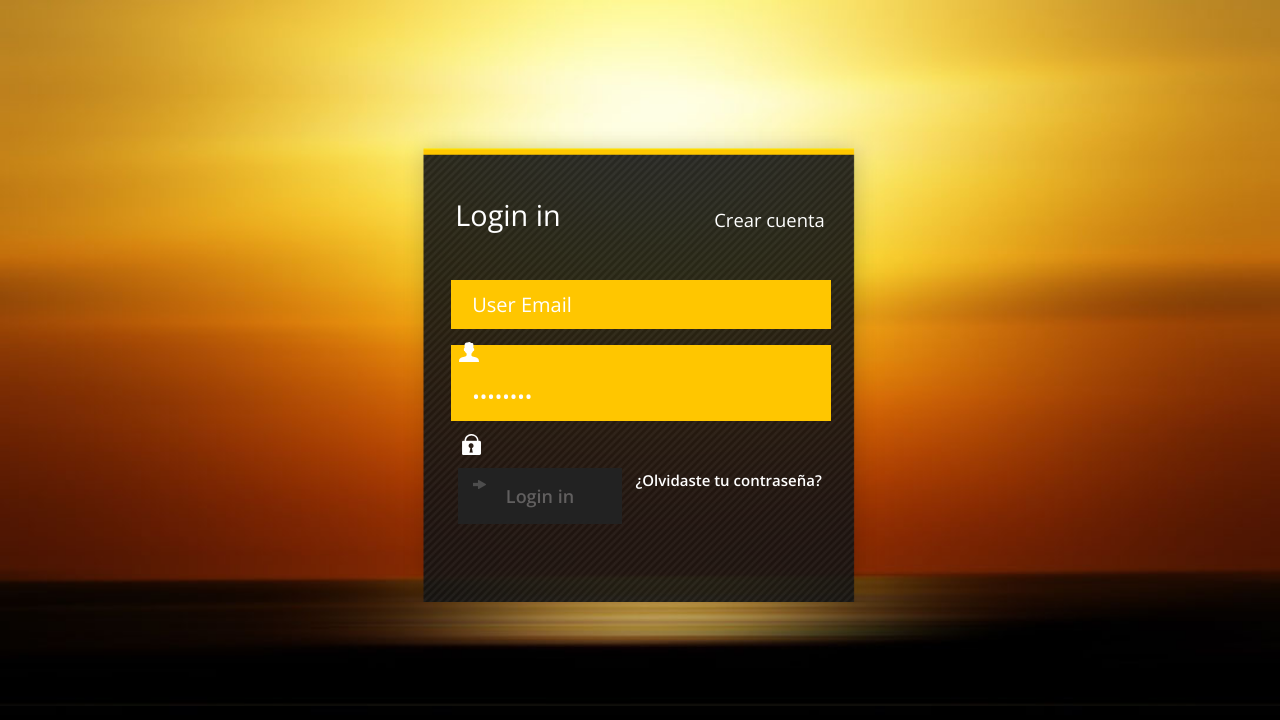
Repository: Mariangeles94/practica_gestion_usuarios
Page: http://localhost/Gestion/usuario/index.php
The author's editor kept a record of every edit. The page is drawn from the files as they stood at one moment, then again after the next edit.
The browser window is 1280 px wide. The pictures show the whole page.
The page is run by PHP 8.4 with error messages shown; the project is at /var/www/html/.

Above is the page before.

### usuario/index.php
<?php
require '../clases/AutoCarga.php';
$sesion = new Session();
$user = $sesion->get("email");
$mensaje = Request::get("mensaje");
echo $mensaje;
?>
<!DOCTYPE html>
<html>

<head>
		<title></title>
		<meta charset="utf-8">
        <link href="../css/style.css" rel='stylesheet' type='text/css' />
		<meta name="viewport" content="width=device-width, initial-scale=1">
		<script type="application/x-javascript"> addEventListener("load", function() { setTimeout(hideURLbar, 0); }, false); function hideURLbar(){ window.scrollTo(0,1); } </script>
		<!--webfonts-->
		<link href='//fonts.googleapis.com/css?family=Open+Sans:600italic,400,300,600,700' rel='stylesheet' type='text/css'>
		<!--//webfonts-->
</head>
<body>
	 <!-----start-main---->
				<div class="login-form">
					<h1>Login in</h1>
					<h2><a href="phpaltausuario.php">Crear cuenta</a></h2>

               	    <form method="POST" action="../registro/phpregistro.php">
               	    	<h3 class="mensaje"><?php echo $mensaje ?> </h3>
						<li>
							<input type="text" class="text" name="email" value="User Email" onfocus="this.value = '';" onblur="if (this.value == '') {this.value = 'User Name';}" ><a href="#" class=" icon user"></a>
						</li>
						<li>
							<input type="password" name="clave" value="Password" onfocus="this.value = '';" onblur="if (this.value == '') {this.value = 'Password';}"><a href="#" class=" icon lock"></a>
						</li>
						 <div class ="forgot">
							<h3><a href="recuperarclave.php">¿Olvidaste tu contraseña?</a></h3>
							<input type="submit" name="enviar" onclick="myFunction()" value="Login in" > <a href="#" class=" icon arrow"></a>                                                                                                                                                                                                                                 </h4>
						</div>
				</form>
			</div>
			<!--//End-login-form-->



</body>
</html>

### clases/AutoCarga.php
<?php

class AutoCarga {
    static function cargar($clase){
        $clase = str_replace("\\", "/", $clase);
        $archivo = "../clases/" .$clase . ".php";
         if (file_exists($archivo)) {
              require $archivo;
         }else{
             $archivo = "clases/" .$clase . ".php";
             require $archivo;
         }
   }
}
spl_autoload_register('AutoCarga::cargar'); // Tiene que estar fuera de la clase

### clases/Session.php
<?php

class Session {

    private static $iniciada = false;

    function __construct($nombre = null) {
        if (!self::$iniciada){
            if($nombre!=null){
                session_name($nombre);
            }
            session_start();
          //  $this->_control();
        }
        self::$iniciada = true;
    }

    private function _control() {
        $ip = $this->get('_ip');
        $cliente = $this->get('_cliente');
        if ($ip == null && $cliente == null) {
            $this->set('_ip', Server::getClientAddress());
            $this->set('_cliente', Server::getUserAgent());
        } else {
            if ($ip != Server::getClientAddress() || $cliente != Server::getUserAgent()) {
                $this->destroy();
            }
        }
    }

    function isLogged(){
        return $this->getUser()!=null;
    }

    function get($nombre) {
        if (isset($_SESSION[$nombre])) {
            return $_SESSION[$nombre];
        }
        return null;
    }

    function getUser(){
        return $this->get("_usuario");
    }

    function set($nombre, $valor) {
        $_SESSION[$nombre] = $valor;
    }

    function setUser(Usuario $usuario){
        $this->set("_usuario", $usuario);
    }

    function delete($nombre) {
        if (isset($_SESSION[$nombre])) {
            unset($_SESSION[$nombre]);
        }
    }

    function destroy() {
        session_destroy();
    }

    //El segundo parametro nos manda al sitio y hacemos un exit
    function sendRedirect($destino = "index.php", $final = true){
        header("Location: $destino");
        if($final ===true){
            exit();
        }
    }

}

### clases/Request.php
<?php

class Request {

    //filtra y limpia valores <script>...</script>
    private static function clean($valor, $filtrar) {
        //Limpiamos
        if ($filtrar === true) {
            $valor = htmlspecialchars($valor);
        }
        return trim($valor);
    }

    static function get($nombre, $filtrar = true, $indice = null) {
        if (isset($_GET[$nombre])) {
            return self::read($_GET[$nombre], $filtrar, $indice);
        }
        return null;
    }

    static function post($nombre, $filtrar = true, $indice = null) {
        if (isset($_POST[$nombre])) {
            return self::read($_POST[$nombre], $filtrar, $indice);
        }
        return null;
    }

    static function req($nombre, $indice = null) {
        $valor = self::post($nombre, $indice);
        if ($valor !== null) {
            return $valor;
        }
        return self::get($nombre, $indice);
    }

    /* ---------- Otra forma -------------

      static function req($nombre) {
      if (Server::isPost()) {
      if (self::post($nombre) != null) {
      return self::post($nombre);
      } else {
      return self::get($nombre);
      }
      }
      return self::get($nombre);
      }
     */

    //$_GET['nombre'] || $_POST['nombre']
    private static function read($parametro, $filtrar = true, $indice = null) {
        if (is_array($parametro)) {
            if ($indice === null) {
                $array = array();
                foreach ($parametro as $value) {
                    $r = self::clean($value, $filtrar);
                    if ($r === "") {
                        $r = null;
                    }
                    $array[] = $r;
                }
                return $array;
            } else {
                if (isset($parametro[$indice])) {
                    $r = self::clean($parametro[$indice], $filtrar);
                    if ($r === "") {
                        $r = null;
                    }
                    return $r;
                }
            }
        } else {
            $r = self::clean($parametro, $filtrar);
            if ($r === "") {
                $r = null;
            }
            return $r;
        }
    }

    static function elements($nombre) {

    }

}

### css/style.css
/*--
Author: W3layouts
Author URL: http://w3layouts.com
License: Creative Commons Attribution 3.0 Unported
License URL: http://creativecommons.org/licenses/by/3.0/
--*/
/* reset */
html,body,div,span,applet,object,iframe,h1,h2,h3,h4,h5,h6,p,blockquote,pre,a,abbr,acronym,address,big,cite,code,del,dfn,em,img,ins,kbd,q,s,samp,small,strike,strong,sub,sup,tt,var,b,u,i,dl,dt,dd,ol,nav ul,nav li,fieldset,form,label,legend,table,caption,tbody,tfoot,thead,tr,th,td,article,aside,canvas,details,embed,figure,figcaption,footer,header,hgroup,menu,nav,output,ruby,section,summary,time,mark,audio,video{margin:0;padding:0;border:0;font-size:100%;font:inherit;vertical-align:baseline;}
article, aside, details, figcaption, figure,footer, header, hgroup, menu, nav, section {display: block;}
ol,ul{list-style:none;margin:0px;padding:0px;}
blockquote,q{quotes:none;}
blockquote:before,blockquote:after,q:before,q:after{content:'';content:none;}
table{border-collapse:collapse;border-spacing:0;}
/* start editing from here */
a{text-decoration:none;}
.txt-rt{text-align:right;}/* text align right */
.txt-lt{text-align:left;}/* text align left */
.txt-center{text-align:center;}/* text align center */
.float-rt{float:right;}/* float right */
.float-lt{float:left;}/* float left */
.clear{clear:both;}/* clear float */
.pos-relative{position:relative;}/* Position Relative */
.pos-absolute{position:absolute;}/* Position Absolute */
.vertical-base{	vertical-align:baseline;}/* vertical align baseline */
.vertical-top{	vertical-align:top;}/* vertical align top */
nav.vertical ul li{	display:block;}/* vertical menu */
nav.horizontal ul li{	display: inline-block;}/* horizontal menu */
img{max-width:100%;}
/*end reset*/
.mensaje{
	color:red;
}
/****-----start-body----****/
body{
	background:url(../images/bg.jpg)  no-repeat center fixed;
	-webkit-background-size: cover;
	-moz-background-size: cover;
	-o-background-size: cover;
 	background-size: cover;
 	position:relative;
 	font-family: 'Open Sans', sans-serif;

}
.login-form {
	background: url(../images/bgf.png) no-repeat 100% 0%;
	background-size: 100%;
	width:37%;
	margin:10% auto 4% auto;
 	position: relative;
}
.login-form h1{
	text-align:left;
	color: #fff;
	font-size:1.8em;
	font-weight:500;
	font-family: 'Open Sans', sans-serif;
	position:absolute;
	top:7%;
	left:11%;
	margin:34px 0;
}
.login-form h2 a{
	text-align:right;
	color: #fff;
	font-size:1.15em;
	font-weight:500;
	font-family: 'Open Sans', sans-serif;
	position:absolute;
	top:9.5%;
	right:11%;
	margin:34px 0;
}
form {
	padding:32% 3em;
}
form li{
	border:1px solid #FFC600;
	list-style:none;
	margin-bottom:16px;
	width:100%;
	background: #FFC600;

}

.icon{
	background:url(../images/icons.png)  no-repeat 0px 0px;
	height:40px;
	width:40px;
	display: block;
	float:left;
	margin:5px -11px 0px 0px
}

.user{
	background: url(../images/icons.png) no-repeat 7px 1px;

}
.lock{
	background: url(../images/icons.png) no-repeat -31px 2px;
}
.arrow{
	background: url(../images/icons.png) no-repeat -62px 11px;
	position: absolute;
}
input[type="text"], input[type="password"] {
	    font-family: 'Open Sans', sans-serif;
    width: 82%;
    padding: 0.5em 1em 0.5em 1em;
    color: #fff;
    font-size: 20px;
    outline: none;
    background: none;
    border: none;
}

input[type="submit"]{
	float:left;
	font-size:18px;
	display: inline-block;
	font-weight:600;
	color: #615F5F;
	transition: 0.1s all;
	-webkit-transition: 0.1s all;
	-moz-transition: 0.1s all;
	-o-transition: 0.1s all;
	cursor: pointer;
	outline: none;
	padding:15px 10px;
	margin-top:3px;
	font-family: 'Open Sans', sans-serif;
	background: #222;
	width:45%;
	border:1px solid #222;
}
input[type="submit"]:hover{
	background: #FFC600;
	border:1px solid #FFC600;
}
.forgot{
	margin:30px 7px;
}
.forgot h3 a{
	color:#fff;
	font-size:15px;
	font-family: 'Open Sans', sans-serif;
	float:right;
	font-weight:600;
	margin-top:19px;
}
.forgot h3 a:hover{
	color:#FFC600;
}
/****************/
.copy-right {
	text-align:center;
}
.copy-right p {
	color: #fff;
	font-size: 1em;
	font-family: 'Open Sans', sans-serif;
	font-weight: 600;
}
.copy-right p a {
	font-family: 'Open Sans', sans-serif;
	font-size: 1em;
	color:#EAC131;
	-webkit-transition: all 0.3s ease-out;
	-moz-transition: all 0.3s ease-out;
	-ms-transition: all 0.3s ease-out;
	-o-transition: all 0.3s ease-out;
	transition: all 0.3s ease-out;
}
.copy-right p a:hover {
	color:#fff;
}
/*-----start-responsive-design------*/
@media (max-width:1024px){
.login-form  {
		margin:8% auto 0;
		width:45%;
	}
	.copy-right {
	left: 41%;
	bottom:-18%;
	}
}
@media (max-width:768px){
	.login-form  {
		margin:12% auto 0;
		width:57%;
	}
	.copy-right {
	left:38%;
	bottom:-14%;
	}
}
@media (max-width:640px){
	.login-form  {
		margin:13% auto 0;
		width:70%;
	}
	.copy-right {
	left:36%;
	bottom:-18%;
	}
}
@media (max-width:480px){
	.login-form  {
		margin:20% auto 0;
		width:90%;
	}
	.copy-right {
	left:30%;
	bottom:-17%;
	}

}
@media (max-width:320px){
	.login-form  {
		margin:20% auto 0;
		width:100%;
	}
	.icon{
		margin:2px -11px 0px 0px;
	}
	form{
		padding:38% 2.5em;
	}
	.login-form h1{
		font-size:1.7em;
		left:35%;
		top:0%;
	}
	.login-form h2{
		font-size:1em;
		right:29%;
		top:10%;
	}
	input[type="text"], input[type="password"]{
		font-size:18px;
		padding: 0.4em 1em 0.45em 1em;
	}
	.copy-right {
	left:20%;
	bottom:9%;
	}
	.forgot{
		text-align:center;
		margin:5px 2px;
	}
	.forgot h3 a{
		float:none;
		font-size:14px;
	}
	input[type="submit"]{
		font-size:15px;
		padding: 10px 10px;
		width:56%;
		float:none;
		margin-top: 5px;
	}
	.arrow {
		background: url(../images/icons.png) no-repeat -62px -6px;
		left: 29%;
		top: 62.99%;
	}

}

After the next edit:
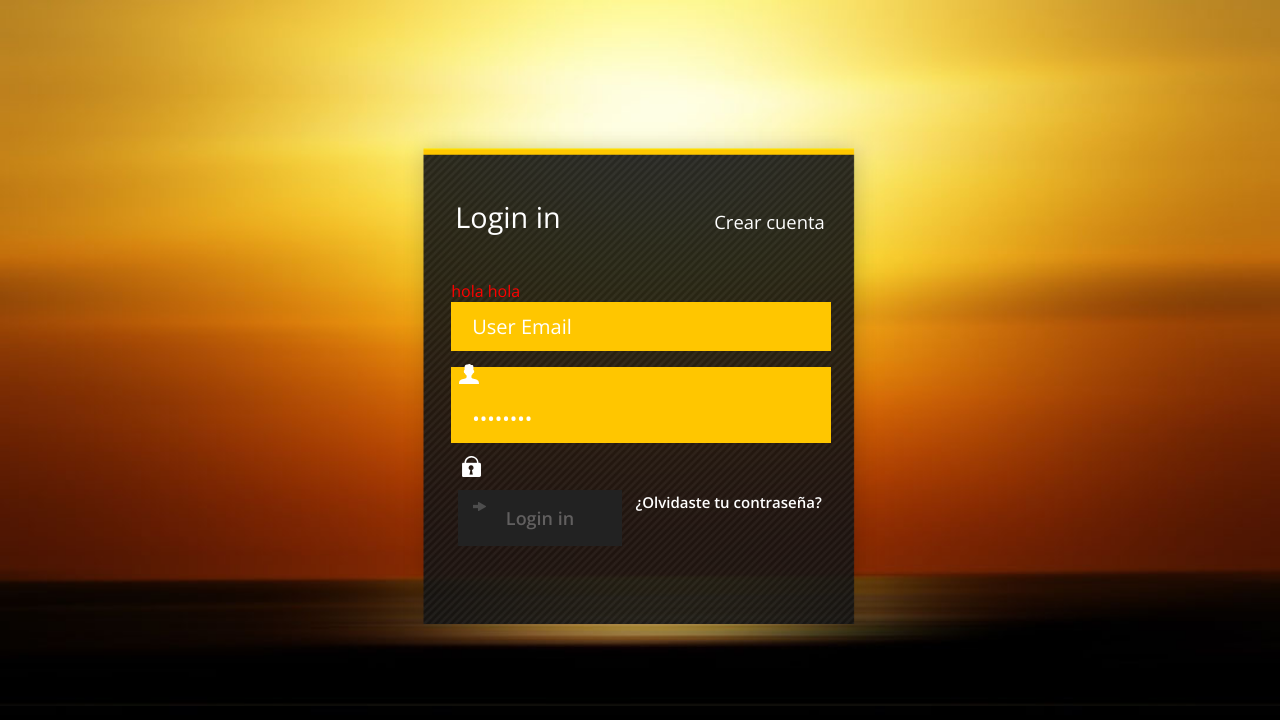
The edit:
--- a/usuario/index.php
+++ b/usuario/index.php
@@ -25,7 +25,7 @@
 					<h2><a href="phpaltausuario.php">Crear cuenta</a></h2>
 
                	    <form method="POST" action="../registro/phpregistro.php">
-               	    	<h3 class="mensaje"><?php echo $mensaje ?> </h3>
+               	    	<h3 class="mensaje">hola <?php echo "hola". $mensaje; ?> </h3>
 						<li>
 							<input type="text" class="text" name="email" value="User Email" onfocus="this.value = '';" onblur="if (this.value == '') {this.value = 'User Name';}" ><a href="#" class=" icon user"></a>
 						</li>
